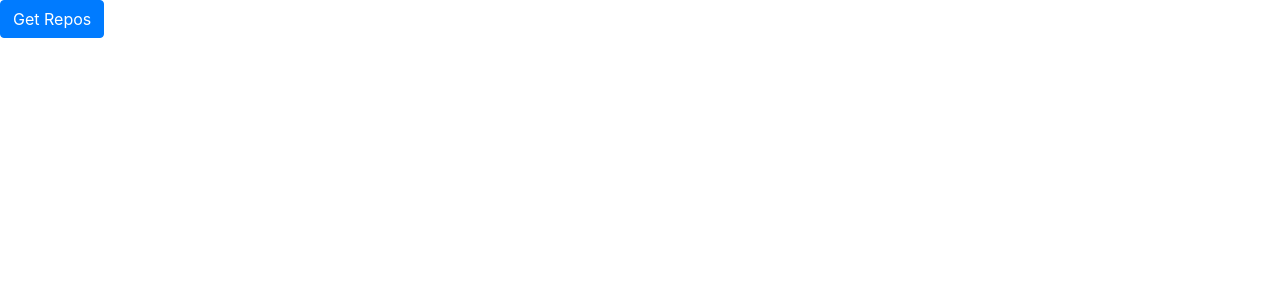
Repository: rashmikagamage/OAuth-Implementation
Page: /auth/github/callback (app in frontend/)
An editor plug-in stored every save of this project. The page is shown before and after the next save, followed by the edit.
The browser window is 1280 px wide. The pictures show the whole page.
Some web libraries are served in a nearby version. The project was rebuilt for these pictures with package versions that can differ from the ones it lists, and the page was loaded fresh each time. Also part of the build but not shown: frontend/src/css/twitter.css, frontend/src/components/login.js, frontend/src/App.css.

Above is the page before, as saved 2021-09-07 21:24:23.

After the next save:
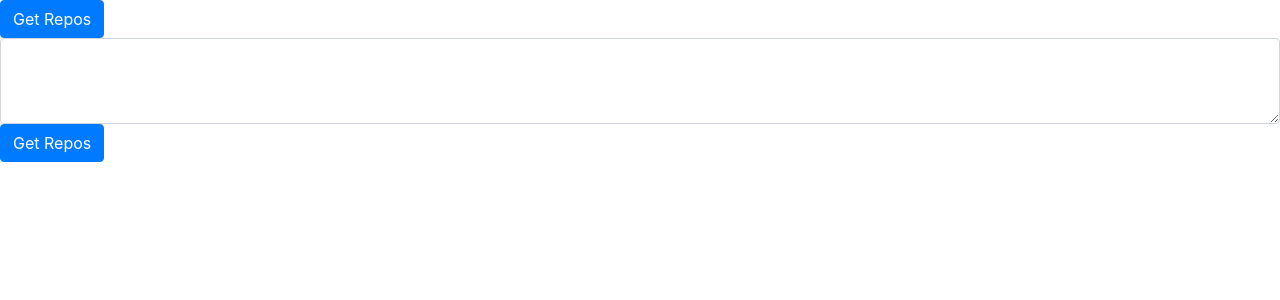
Saved 99 s later.
--- a/frontend/src/App.js
+++ b/frontend/src/App.js
@@ -12,7 +12,7 @@ function App() {
           <switch>
               <Route path="/login" component={Login}/>
               <Route path="/auth/github/callback" component={GitHome}/>
-              <Route path="/auth/twitter/callback" component={TwitterHome}/>
+              <Route path="/" component={TwitterHome}/>
           </switch>
       </div>
   }
